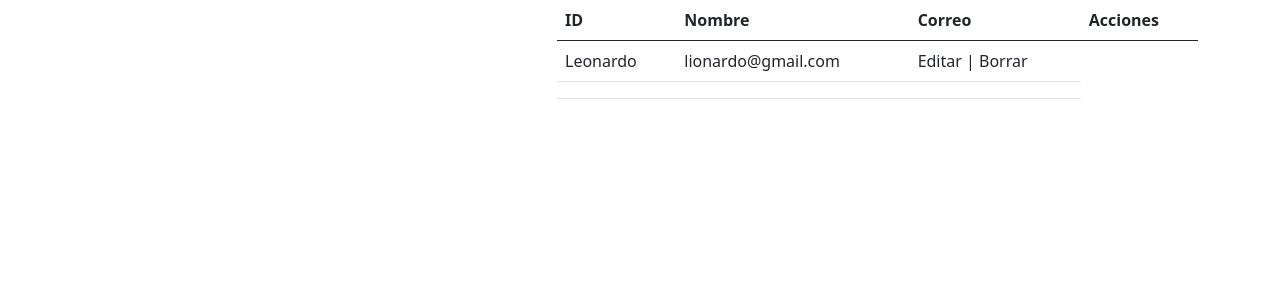
Repository: LionardoGomiz/CRUD-JS-VAINILLA
Page: index.html
The author's editor kept a copy of each file at every save. The page is drawn from the files as they stood at one save, then again after the next save.
The browser window is 1280 px wide. The pictures show the whole page.

Above is the page before, as saved 2021-08-09 14:04:52.

### index.html
<!DOCTYPE html>
<html lang="es">
<head>
    <meta charset="UTF-8">
    <meta http-equiv="X-UA-Compatible" content="IE=edge">
    <meta name="viewport" content="width=device-width, initial-scale=1.0">
    <title>CRUD JS Vainilla</title>
    <link href="https://cdn.jsdelivr.net/npm/bootstrap@5.1.0/dist/css/bootstrap.min.css" rel="stylesheet" integrity="sha384-KyZXEAg3QhqLMpG8r+8fhAXLRk2vvoC2f3B09zVXn8CA5QIVfZOJ3BCsw2P0p/We" crossorigin="anonymous">
    <script src="https://cdn.jsdelivr.net/npm/bootstrap@5.1.0/dist/js/bootstrap.bundle.min.js" integrity="sha384-U1DAWAznBHeqEIlVSCgzq+c9gqGAJn5c/t99JyeKa9xxaYpSvHU5awsuZVVFIhvj" crossorigin="anonymous"></script>
</head>
<body>
    <!--<a name=""  id="" class="btn btn-primary" href="#" role="button">Hola </a>-->
    <div class="container">
        <div class="row">
            <div class="col-md-5">

            </div>
            <div class="col-md-7">
                <table class="table">
                    <thead>
                        <tr>
                            <th>ID</th>
                            <th>Nombre</th>
                            <th>Correo</th>
                            <th>Acciones</th>
                        </tr>
                    </thead>
                    <tbody>
                        <tr>
                            <td scope="row">Leonardo</td>
                            <td>lionardo@gmail.com</td>
                            <td>Editar | Borrar</td>
                        </tr>
                        <tr>
                            <td scope="row"></td>
                            <td></td>
                            <td></td>
                        </tr>
                    </tbody>
                </table>
            </div>
        </div>
    </div>
</body>
</html>

After the next save:
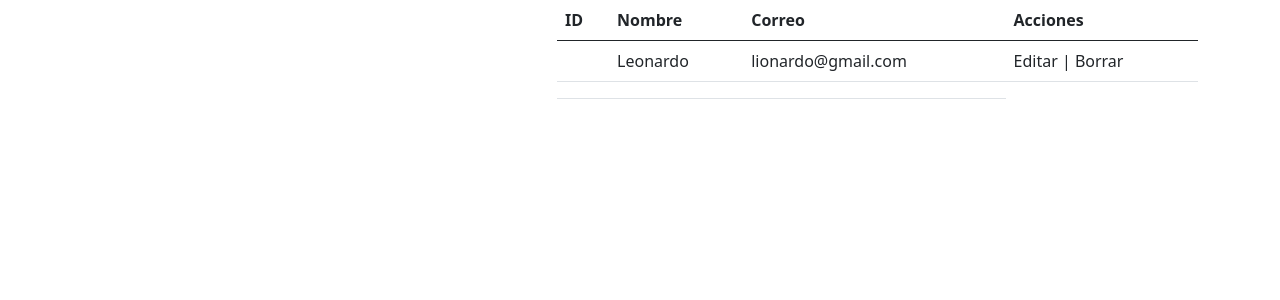
Saved 19 s later.
--- a/index.html
+++ b/index.html
@@ -27,6 +27,7 @@
                     </thead>
                     <tbody>
                         <tr>
+                            <TD></TD>
                             <td scope="row">Leonardo</td>
                             <td>lionardo@gmail.com</td>
                             <td>Editar | Borrar</td>
